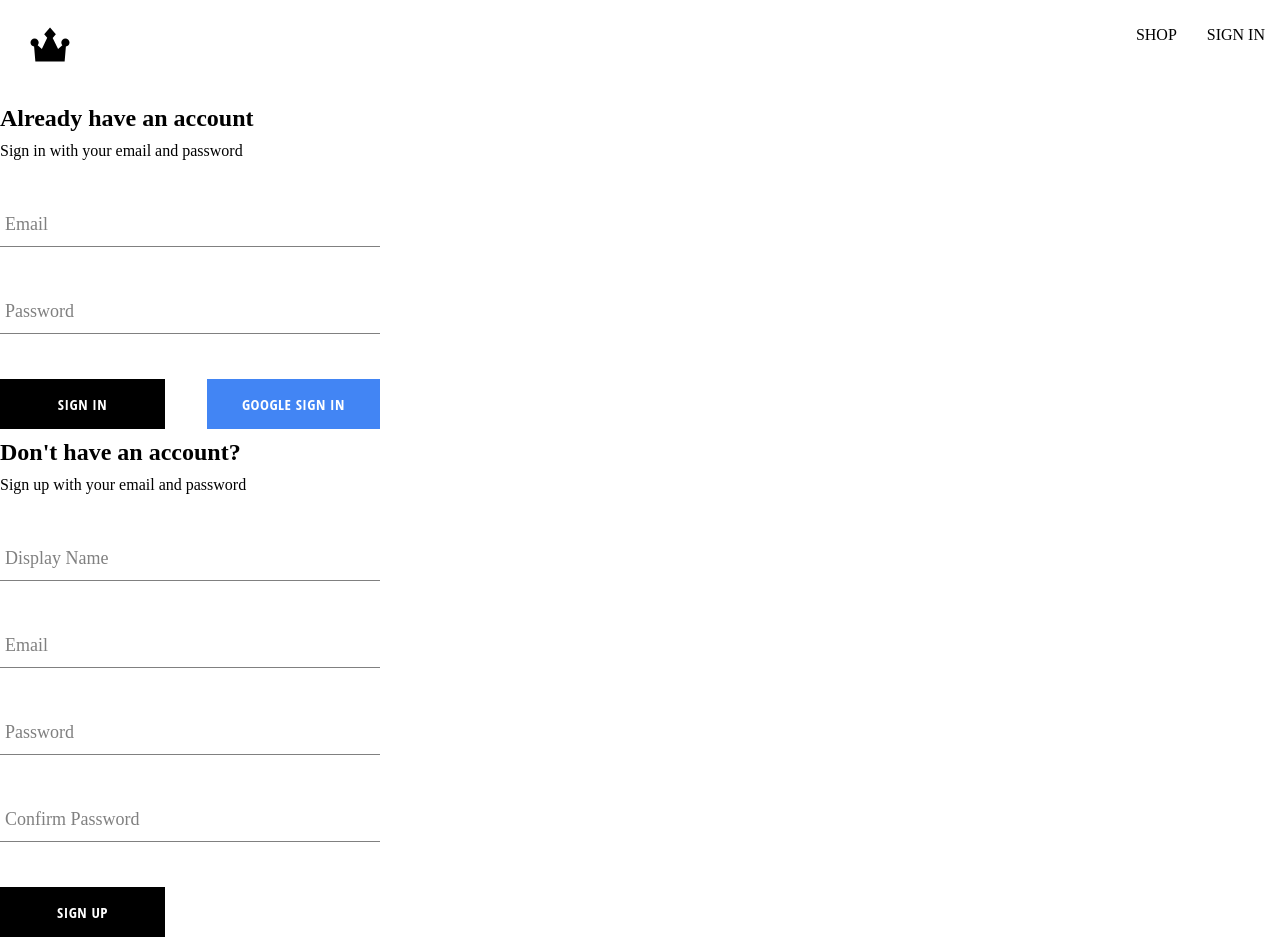
Repository: Chadi2000/crwn-clothing
Page: /auth
These files come from the project's save history. The page is drawn as it stood at one moment and after the next save; the edit follows.
The browser window is 1280 px wide. The pictures show the whole page.
The project was rebuilt for these pictures with package versions that can differ from the ones it lists, and the page was loaded fresh each time. Also part of the build but not shown: src/categories.styles.scss, src/components/category-item/category-item.styles.scss, src/components/category-item/category-item.component.jsx, src/components/directory/directory.styles.scss, src/components/directory/directory.component.js, src/routes/home/home.component.jsx.

Above is the page before, as saved 2024-02-13 00:21:20.

After the next save:
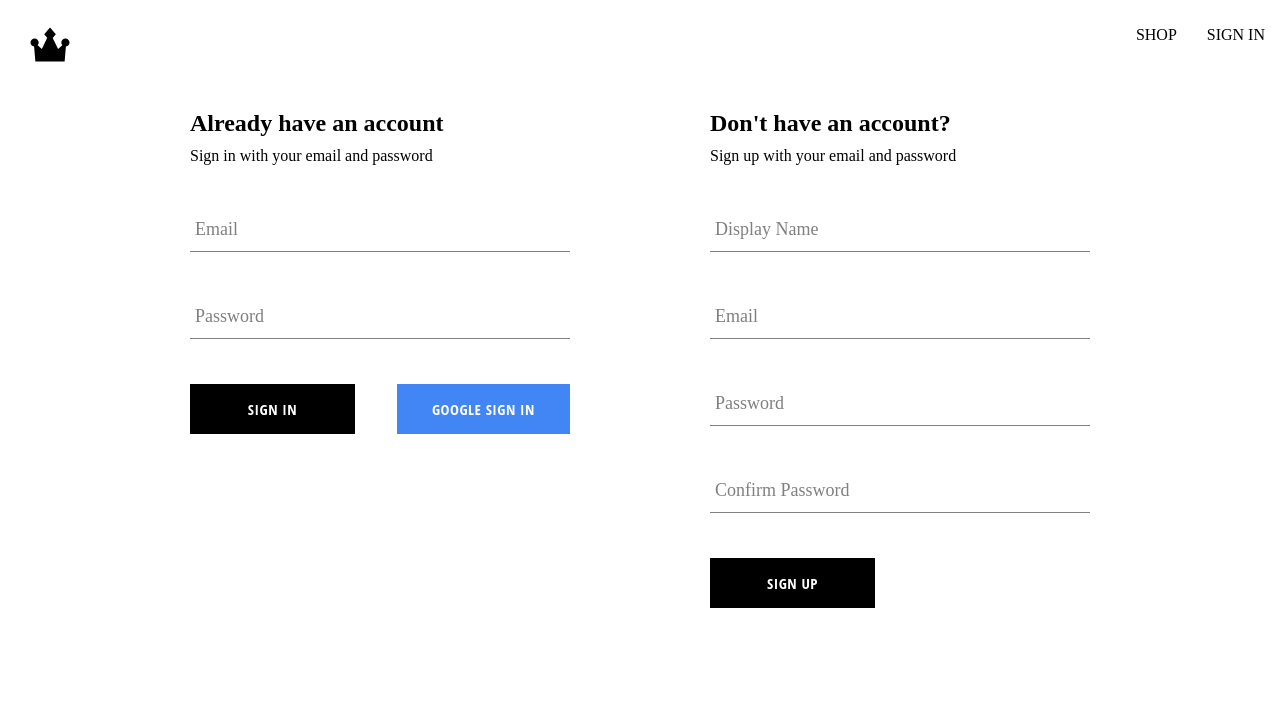
Saved 31 s later.
--- a/src/routes/authentication/authentication.component.jsx
+++ b/src/routes/authentication/authentication.component.jsx
@@ -1,5 +1,7 @@
 import SignUpForm from "../../components/sign-up-form/sign-up-form.component";
 import SignInForm from "../../components/sign-in-form/sign-in-form.component";
+import './authentication.styles.scss';
+
 
 const Authentication  = () => {
 
